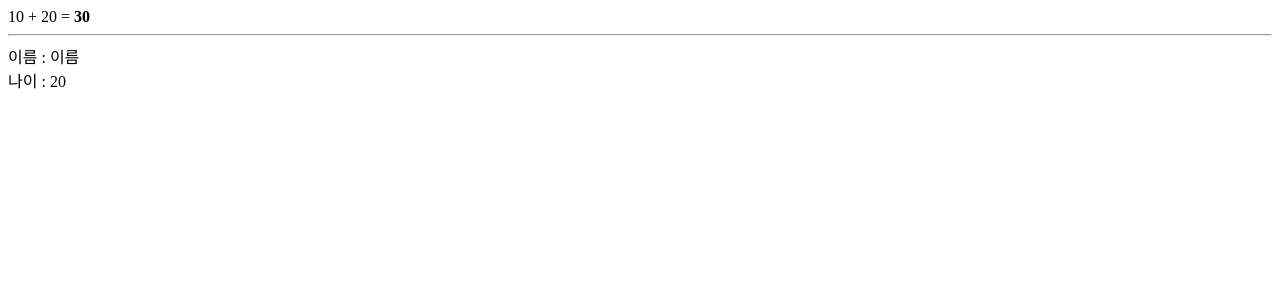
Repository: YoungQWER/js_2024.02.27
Page: http://localhost/web-study-01/addition02.jsp
The author's editor kept a copy of each file at every save. The page is drawn from the files as they stood at one save, then again after the next save.
The browser window is 1280 px wide. The pictures show the whole page.
The page is served by Tomcat 9.

Above is the page before, as saved 2024-02-28 01:14:10.

After the next save:
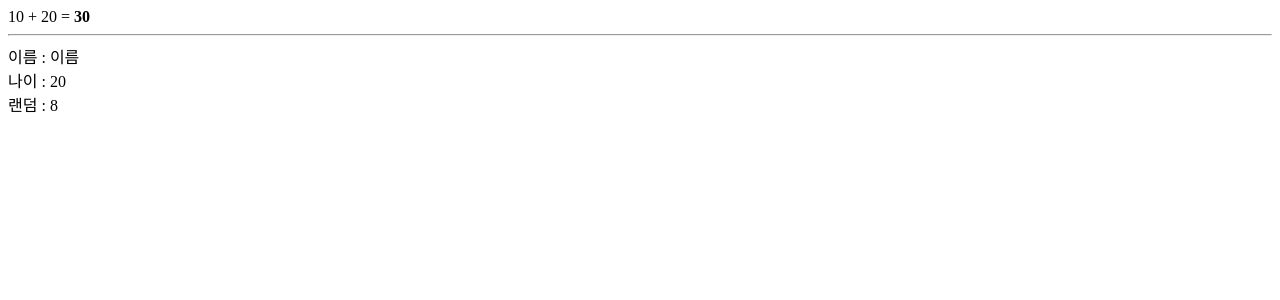
Saved 105 s later.
--- a/web-study-01/src/main/webapp/addition02.jsp
+++ b/web-study-01/src/main/webapp/addition02.jsp
@@ -20,9 +20,12 @@
 	<%
 		String name = "이름";
 		int age = 20;
+
+		int ran = (int)(Math.random()*10)+1;
 	%>
 
 	이름 : <%=name %> <br>
-	나이 : <%=age %>
+	나이 : <%=age %> <br>
+	랜덤 : <%=ran %>
 </body>
 </html>
